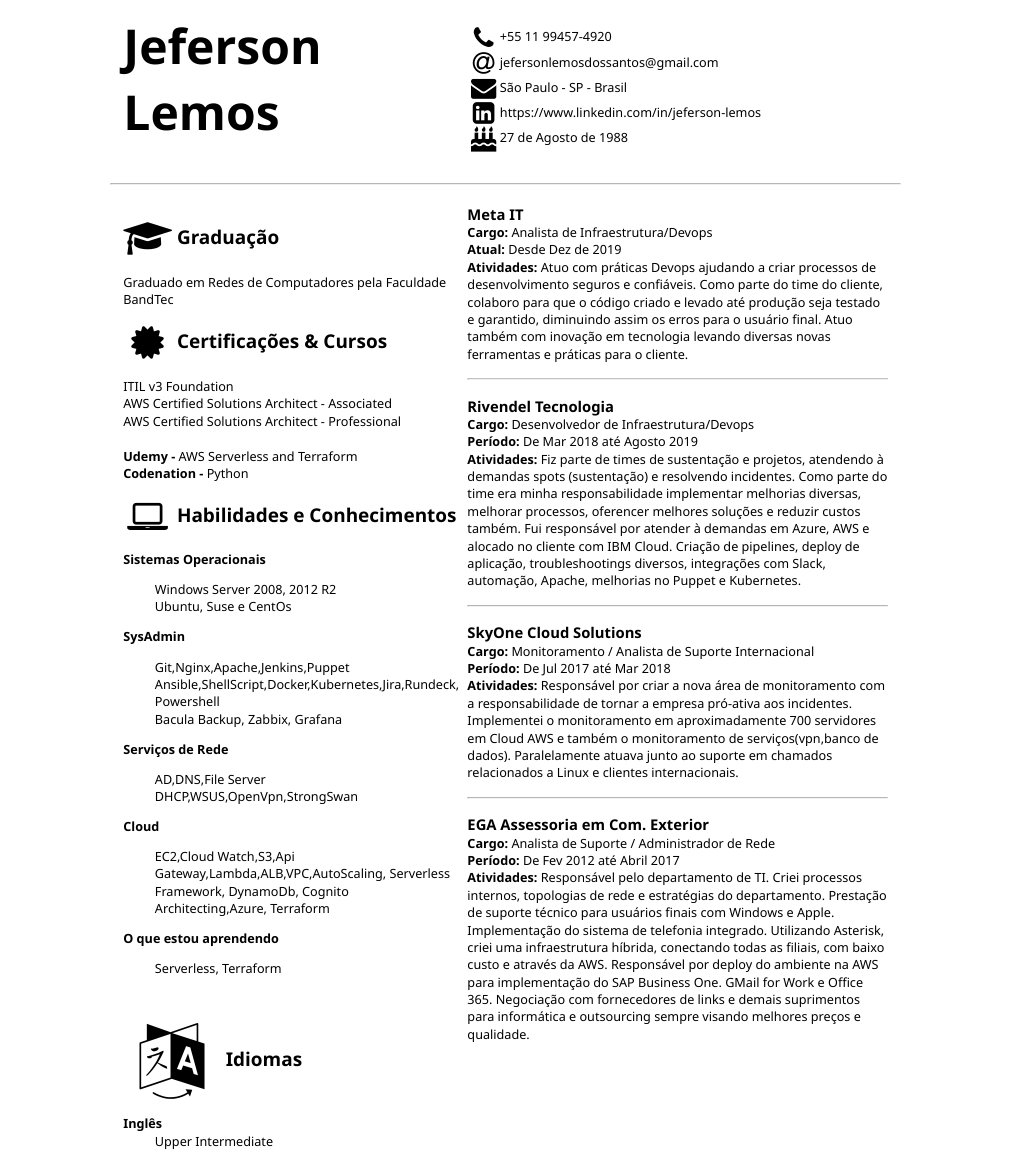
Repository: jefersonlemos/Resume-pt
Page: index.html
These files come from the project's save history. The page is drawn as it stood at one moment and after the next save; the edit follows.
The browser window is 1280 px wide. The pictures show the whole page, at 79% of full size.

Above is the page before, as saved 2020-06-15 12:01:57.

### index.html
<!DOCTYPE html>

<html lang="en">
<head>
    <meta charset="utf-8" />
    <title>Jeferson Lemos PT</title>
    <link rel="stylesheet" href="./css/normalize.css" type="text/css" />
    <link rel="stylesheet" href="./css/app.css" type="text/css" />
    <link rel="stylesheet" href="./css/font-awesome.min.css" type="text/css" />
</head>
<body>
    <div class="content">
        <header>
            <section>
                <h1>Jeferson <br />Lemos</h1>
            </section>
            <section>
                <ul>
                    <li>
                        <i class="fa fa-fw fa-2x fa-phone"></i>+55 11 99457-4920
                    </li>
                    <li>
                        <i class="fa fa-fw fa-2x fa-at"></i>jefersonlemosdossantos@gmail.com
                    </li>
                    <li>
                        <i class="fa fa-fw fa-2x fa-envelope"></i>São Paulo - SP - Brasil
                    </li>
                    <li>
                        <i class="fa fa-fw fa-2x fa-linkedin-square"></i>https://www.linkedin.com/in/jeferson-lemos
                    </li>
                    <li>
                        <i class="fa fa-fw fa-2x fa-birthday-cake"></i>27 de Agosto de 1988
                    </li>
                </ul>
            </section>
        </header>
        <hr />
        <main>
            <section>
                <article>
                    <h2><i class="fa fa-fw fa-2x fa-graduation-cap"></i> Graduação</h2>
                        Graduado em Redes de Computadores pela Faculdade BandTec

                </article>
                <article>
                    <h2><i class="fa fa-fw fa-2x fa-certificate"></i> Certificações & Cursos</h2>

                        ITIL v3 Foundation </br>
                        AWS Certified Solutions Architect - Associated </br>
                        AWS Certified Solutions Architect - Professional</br>
						</br>

					<b>Udemy - </b>AWS Serverless and Terraform</br>
					<b>Codenation - </b> Python </br>

                </article>
				 <article>
                    <h2><i class="fa fa-fw fa-2x fa-laptop"></i> Habilidades e Conhecimentos</h2>
                    <dl>
                        <dt>Sistemas Operacionais</dt>
                        <dd>
                            <ul>
                                <li>Windows Server 2008, 2012 R2</li>
                                <li>Ubuntu, Suse e CentOs</li>
                            </ul>
                        </dd>
                        <dt>SysAdmin</dt>
                        <dd>
                            <ul>
                                <li>Git,Nginx,Apache,Jenkins,Puppet</li>
                                <li>Ansible,ShellScript,Docker,Kubernetes,Jira,Rundeck, Powershell </li>
                                <li>Bacula Backup, Zabbix, Grafana</li>

                            </ul>
                        </dd>
                        <dt>Serviços de Rede</dt>
                        <dd>
                            <ul>
                                <li>AD,DNS,File Server DHCP,WSUS,OpenVpn,StrongSwan</li>
                            </ul>
                        </dd>
                        <dt>Cloud</dt>
                        <dd>
                            <ul>
                                <li>EC2,Cloud Watch,S3,Api Gateway,Lambda,ALB,VPC,AutoScaling, Serverless Framework, DynamoDb, Cognito</li>
                                <li>Architecting,Azure, Terraform </li>
                            </ul>
                        </dd>
                        <dt>O que estou aprendendo</dt>
                        <dd>
                            <ul>
                                <li>Serverless, Terraform</li>
                            </ul>
                        </dd>
                    </dl>
                </article>
                <br />
                <article>
                    <h2><i class="fa fa-fw fa-4x fa-language"></i> Idiomas</h2>
                    <dl>
                        <dt>Inglês</dt>
                        <dd>Upper Intermediate</dd>
                    </dl>
                </article>
            </section>
            <section>
                <article>
                    <h3>Meta IT</h3>
                    <strong>Cargo:</strong> Analista de Infraestrutura/Devops <br />
                    <strong>Atual:</strong> Desde Dez de 2019<br />
                    <strong>Atividades:</strong> Atuo com práticas Devops ajudando a criar processos de desenvolvimento seguros e confiáveis. Como parte do time do cliente,
                     colaboro para que o código criado e levado até produção seja testado e garantido, diminuindo assim os erros para o usuário final.
                     Atuo também com inovação em tecnologia levando diversas novas ferramentas e práticas para o cliente.
                    <hr />
					<h3>Rivendel Tecnologia</h3>
                    <strong>Cargo:</strong> Desenvolvedor de Infraestrutura/Devops <br />
                    <strong>Período:</strong> De Mar 2018 até Agosto 2019<br />
                    <strong>Atividades:</strong> Fiz parte de times de sustentação e projetos, atendendo à demandas spots (sustentação) e resolvendo incidentes.
                    Como parte do time era minha responsabilidade implementar melhorias diversas, melhorar processos, oferencer melhores soluções e reduzir custos também.
                    Fui responsável por atender à demandas em Azure, AWS e alocado no cliente com IBM Cloud. Criação de pipelines, deploy de aplicação, troubleshootings diversos,
                     integrações com Slack, automação, Apache, melhorias no Puppet e Kubernetes.
                    <hr />
		            <h3>SkyOne Cloud Solutions</h3>
                    <strong>Cargo:</strong> Monitoramento / Analista de Suporte Internacional <br />
                    <strong>Período:</strong> De Jul 2017 até Mar 2018<br />
                    <strong>Atividades:</strong> Responsável por criar a nova área de monitoramento com a responsabilidade de tornar a empresa pró-ativa aos incidentes.
                    Implementei o monitoramento em aproximadamente 700 servidores em Cloud AWS e também o monitoramento de serviços(vpn,banco de dados).
			        Paralelamente atuava junto ao suporte em chamados relacionados a Linux e clientes internacionais.
                    <hr />
                    <h3>EGA Assessoria em Com. Exterior</h3>
                    <strong>Cargo:</strong> Analista de Suporte / Administrador de Rede  <br />
                    <strong>Período:</strong> De Fev 2012 até Abril 2017<br />
                    <strong>Atividades:</strong> Responsável pelo departamento de TI. Criei processos internos, topologias de rede e estratégias do departamento.
                    Prestação de suporte técnico para usuários finais com Windows e Apple. Implementação do sistema de telefonia integrado. Utilizando Asterisk,
                    criei uma infraestrutura híbrida, conectando todas as filiais, com baixo custo e através da AWS. Responsável por deploy do ambiente na AWS para
                    implementação do SAP Business One. GMail for Work e Office 365. Negociação com fornecedores de links e demais suprimentos para informática e outsourcing
                    sempre visando melhores preços e qualidade.
                    <!-- <hr />
                    <h3>Kosmos Tecnologia</h3>
                    <strong>Cargo:</strong> Empreendedor<br />
                    <strong>Período:</strong> De Nov 2009 até Fev 2012<br />
                    <strong>Atividades:</strong> Eu fui um empreendedor e fui responsável por prover suporte técnico (hardware e software) para os clientes.
                    Fui também responsável por procurar novos clientes.
                    Prestei consultoria para pequenas empresas montando novos escritórios, criando websites, politicas de rede, backups e melhorias na rede.
                    Migrei um grande site chamado famosidades.com.br de um pequeno hosting para um hosting maior e mais seguro, migrei de Windows para Linux.
                    <hr /> -->
                   <!-- <h3>Stefanini IT Solutions</h3>
                    <strong>Cargo:</strong> Analista de Suporte I & II<br />
                    <strong>Periodo:</strong> De Nov 2008 até Nov 2009<br />
                    <strong>Atividades :</strong> Meu primeiro emprego, eu prestei suporte técnico em início de carreira. Participei de um projeto de migração de
                    1000 hosts de um domínio Windows 2003 para um novo domínio WIndows 2008.
                    <hr />-->
                </article>
            </section>
        </main>
        <footer>

        </footer>
    </div>
</body>
</html>

### css/app.css
body {
    font-family: 'Segoe UI', sans-serif;
}

.content {
    width: 1000px;
    margin: 0 auto;
}

header,
main {
    display: flex;
    padding: 1rem;
}

    header section,
    main section {
        -ms-flex: 1;
        flex: 1;
    }
    header section:first-child,
    main section:first-child {
        max-width: 45%;
    }

header h1 {
    font-size: 3.8rem;
    margin: 0;
}
main h3 {
    margin: 0;
}
main hr {
    margin: 20px 0;
}
header .fa,
main .fa {
    vertical-align: middle;
}
ul {
    list-style: none;
    padding: 0;
}

dt {
    font-weight: bold;
}

Loaded but not shown: css/normalize.css (library); css/font-awesome.min.css (library)

After the next save:
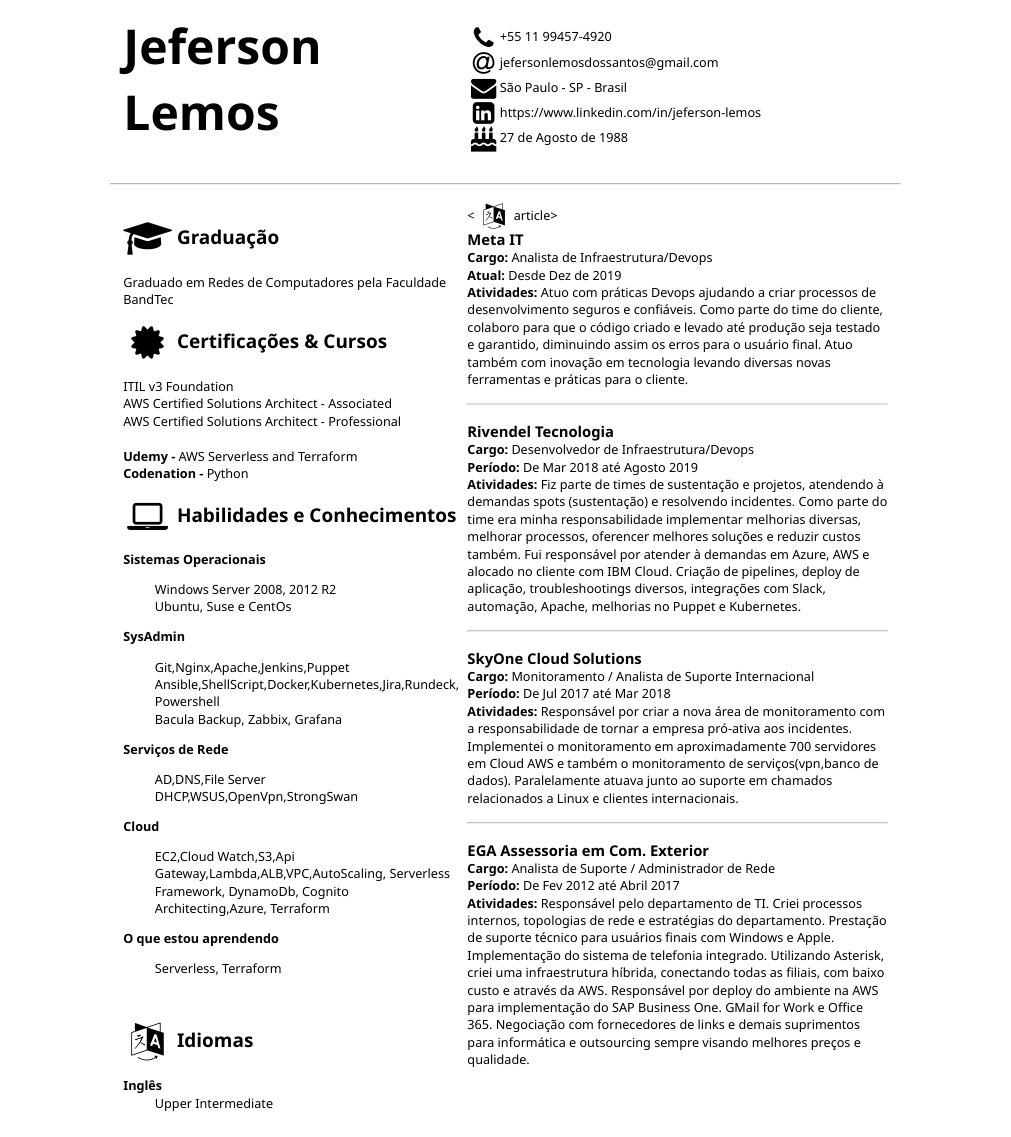
Saved 35 s later.
--- a/index.html
+++ b/index.html
@@ -96,7 +96,7 @@
                 </article>
                 <br />
                 <article>
-                    <h2><i class="fa fa-fw fa-4x fa-language"></i> Idiomas</h2>
+                    <h2><i class="fa fa-fw fa-2x fa-language"></i> Idiomas</h2>
                     <dl>
                         <dt>Inglês</dt>
                         <dd>Upper Intermediate</dd>
@@ -104,7 +104,7 @@
                 </article>
             </section>
             <section>
-                <article>
+                < <i class="fa fa-fw fa-2x fa-language"></i> article>
                     <h3>Meta IT</h3>
                     <strong>Cargo:</strong> Analista de Infraestrutura/Devops <br />
                     <strong>Atual:</strong> Desde Dez de 2019<br />
